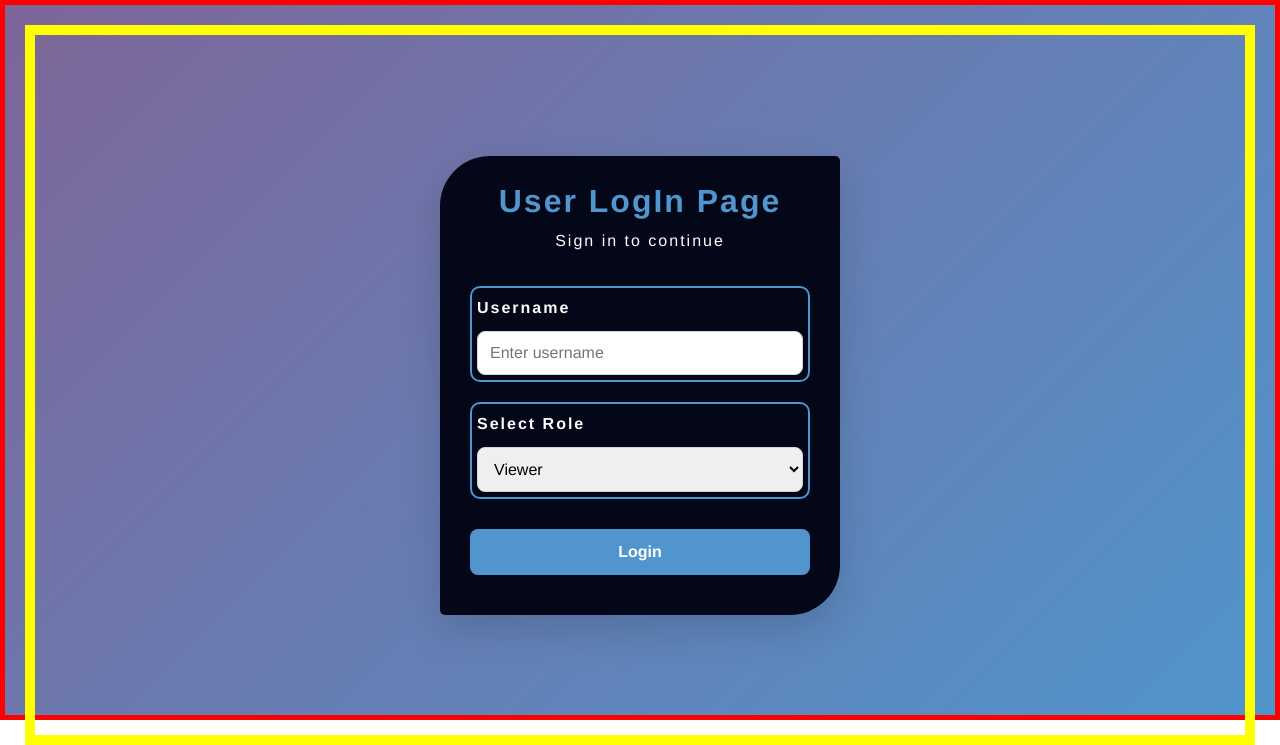
Repository: SolomonChinonso/myUserDashboard
Page: /dashboard (app in my-user-dashboard-app/)
An editor plug-in stored every save of this project. The page is shown before and after the next save, followed by the edit.
The browser window is 1280 px wide. The pictures show the whole page.
The project was rebuilt for these pictures with package versions that can differ from the ones it lists, and the page was loaded fresh each time. Also part of the build but not shown: my-user-dashboard-app/vite.config.ts, my-user-dashboard-app/src/App.css, my-user-dashboard-app/src/pages/global.css, my-user-dashboard-app/src/pages/Dashboard.tsx, my-user-dashboard-app/src/pages/Profile.tsx, my-user-dashboard-app/src/pages/Settings.tsx, my-user-dashboard-app/src/components/Navbar.tsx.

Above is the page before, as saved 2026-05-31 14:43:04.

After the next save:
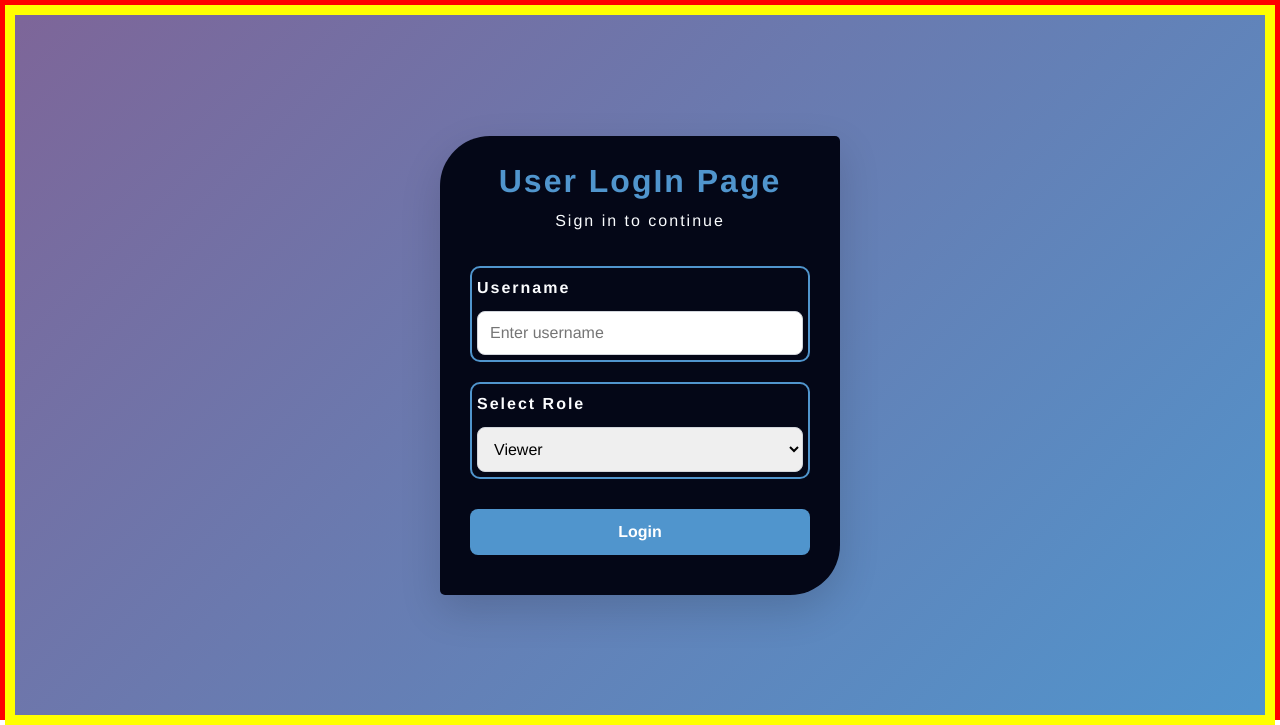
Saved 71 s later.
--- a/my-user-dashboard-app/src/index.css
+++ b/my-user-dashboard-app/src/index.css
@@ -16,6 +16,6 @@ body{
     #5095cd);
     background-repeat:no-repeat;
     color: #5095cd;;
-    padding: 20px;
+    /* padding: 20px; */
     border: 5px solid red;
 }
